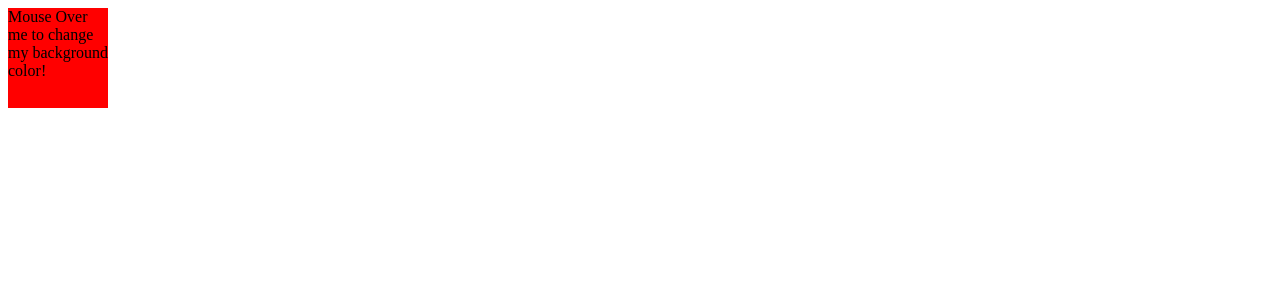
Repository: its-aritra-20/OnlineVotingSystem_CSI
Page: trial/src/main/webapp/Day1.html
The author's editor kept a copy of each file at every save. The page is drawn from the files as they stood at one save, then again after the next save.
The browser window is 1280 px wide. The pictures show the whole page.

Above is the page before, as saved 2023-01-09 15:06:02.

After the next save:
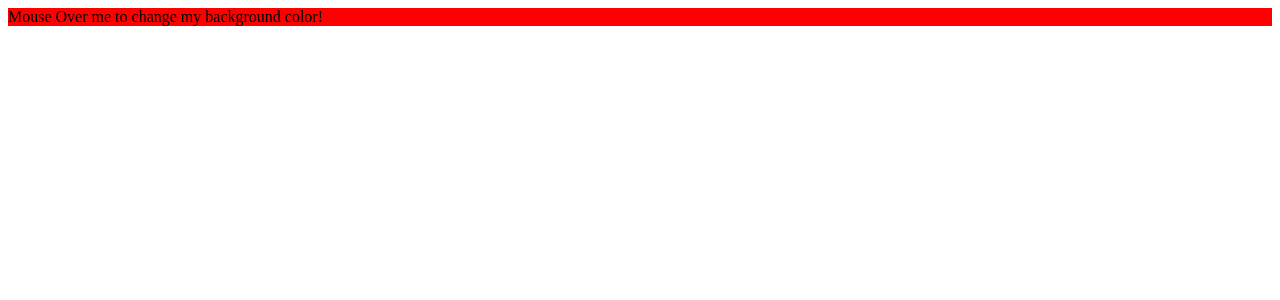
Saved 21 s later.
--- a/trial/src/main/webapp/Day1.html
+++ b/trial/src/main/webapp/Day1.html
@@ -2,14 +2,13 @@
 <html>
 <head>
   <style>
-    .box {
-      width: 100px;
-      height: 100px;
+    .b {
+
       background-color: red;
     }
   </style>
 </head>
 <body>
-  <div class="box" onmouseover="this.style.backgroundColor='blue'"> Mouse Over me to change my background color!</div>
+  <div class="b" onmouseover="this.style.backgroundColor='blue'"> Mouse Over me to change my background color!</div>
 </body>
 </html>
